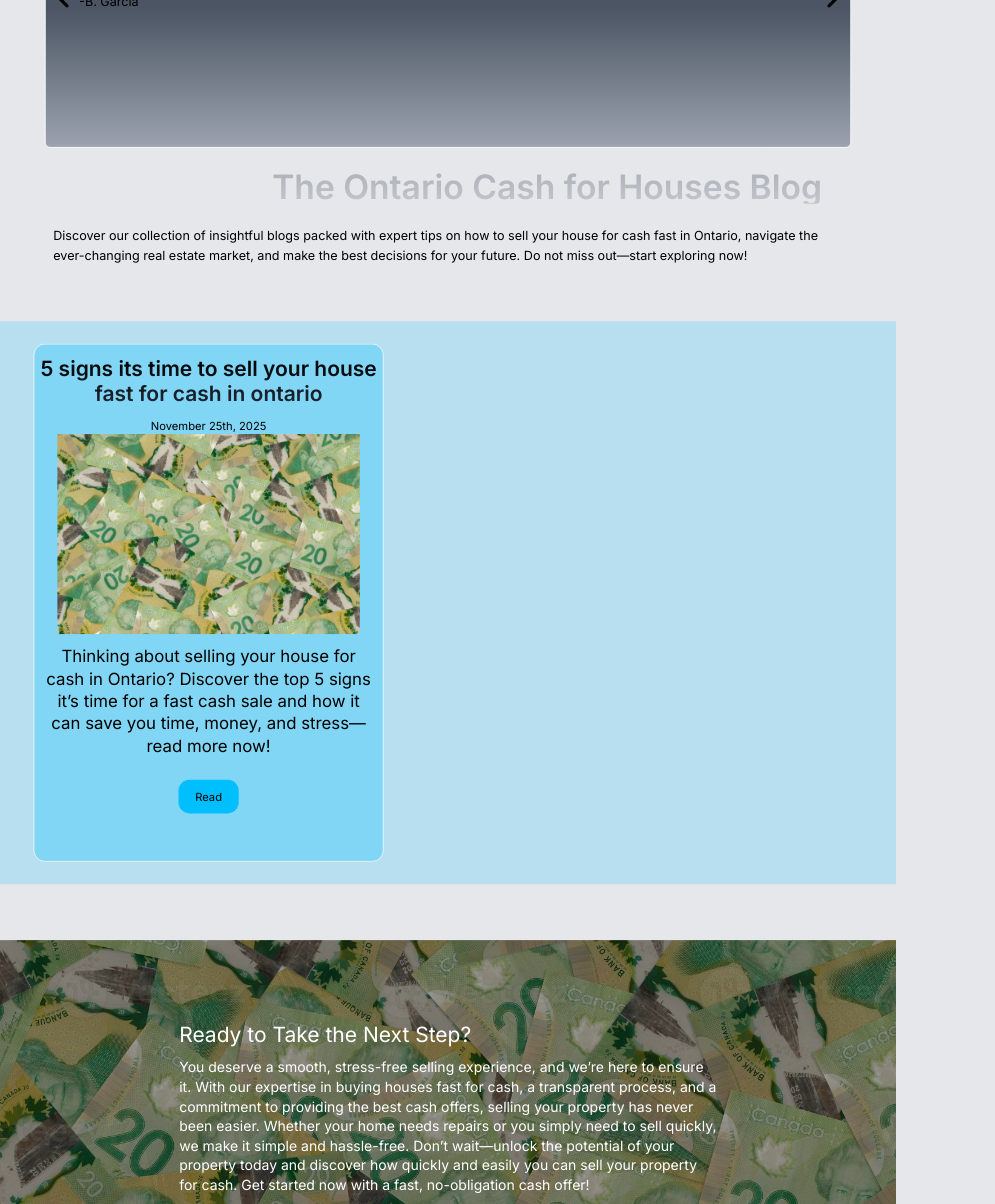
Repository: TMuse333/cash-for-homes
Page: / (app in frontend/)
The author's editor kept a copy of each file at every save. The page is drawn from the files as they stood at one save, then again after a run of saves.
The browser window is 1280 px wide. The page is 1422 px wide, so the pictures cover 1422 px, including what lies to the right of the window. The pictures show the part of the page from y = 4330 to 6050 px (the page is 6581 px tall), at 70% of full size.
The project was rebuilt for these pictures with package versions that can differ from the ones it lists, and the page was loaded fresh each time. The framework's server and built-in components were replaced by stand-ins that run in the browser. Also part of the build but not shown: frontend/next.config.mjs.

Above is the page before, as saved 2024-11-28 19:51:17.

After the next 5 saves:
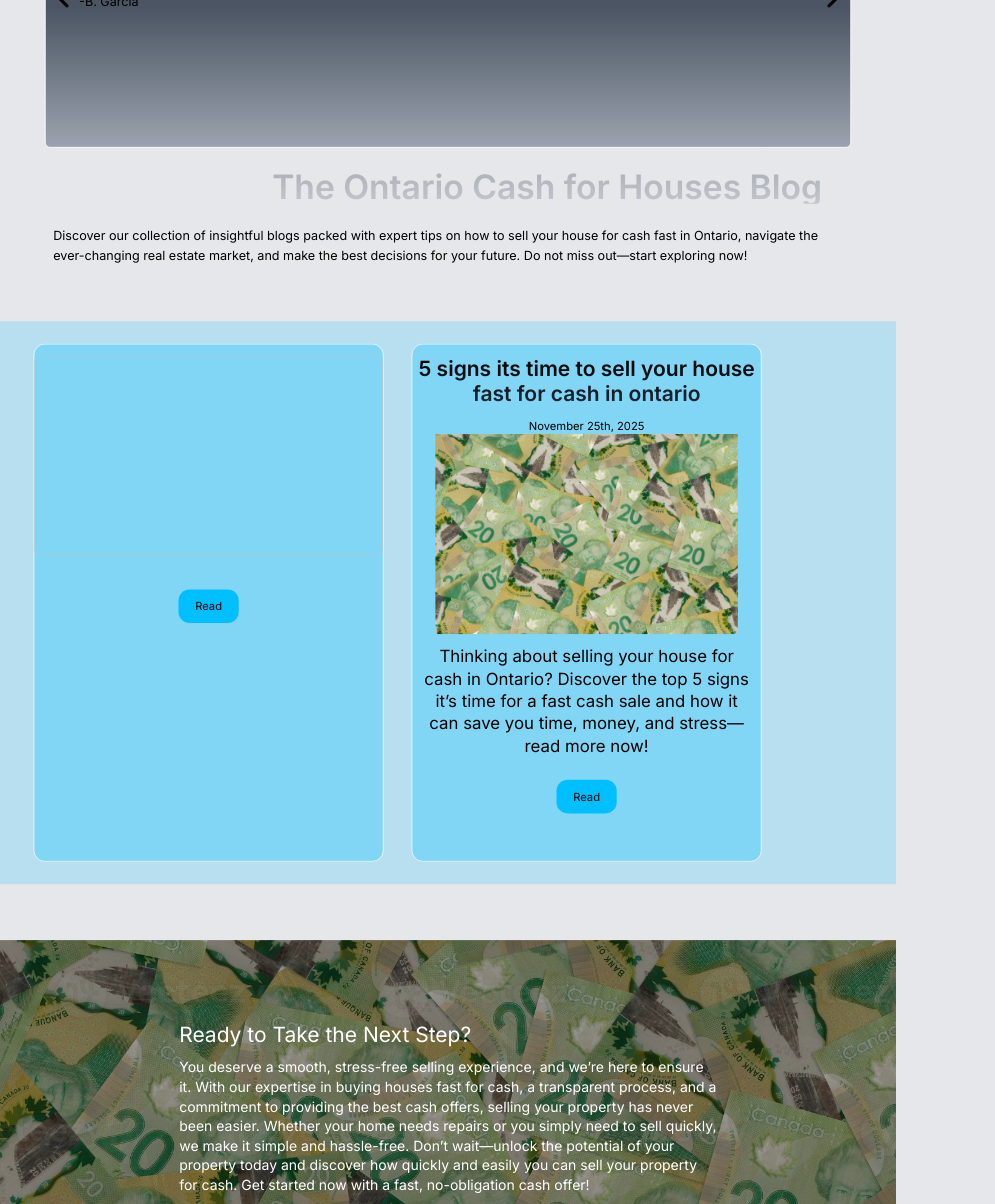
The 5 saves are shown as one change because 2 did not build or start and some came seconds apart.
The last was saved 2 min 44 s later.
--- a/frontend/src/data/data.ts
+++ b/frontend/src/data/data.ts
@@ -529,6 +529,9 @@ export const aboutContent4:ContentType = {
 
     export const blogCarousel = [
       {
+        link:'blog/dont-need-to-renovate-when-sell-house-cash-fast-ontario'
+      },
+      {
         src:'/twenty-bills.jpeg',
         alt:'Twenty dollar bills to signify what happens when you sell house fast cash ontario',
         title:'5 signs its time to sell your house fast for cash in ontario',
